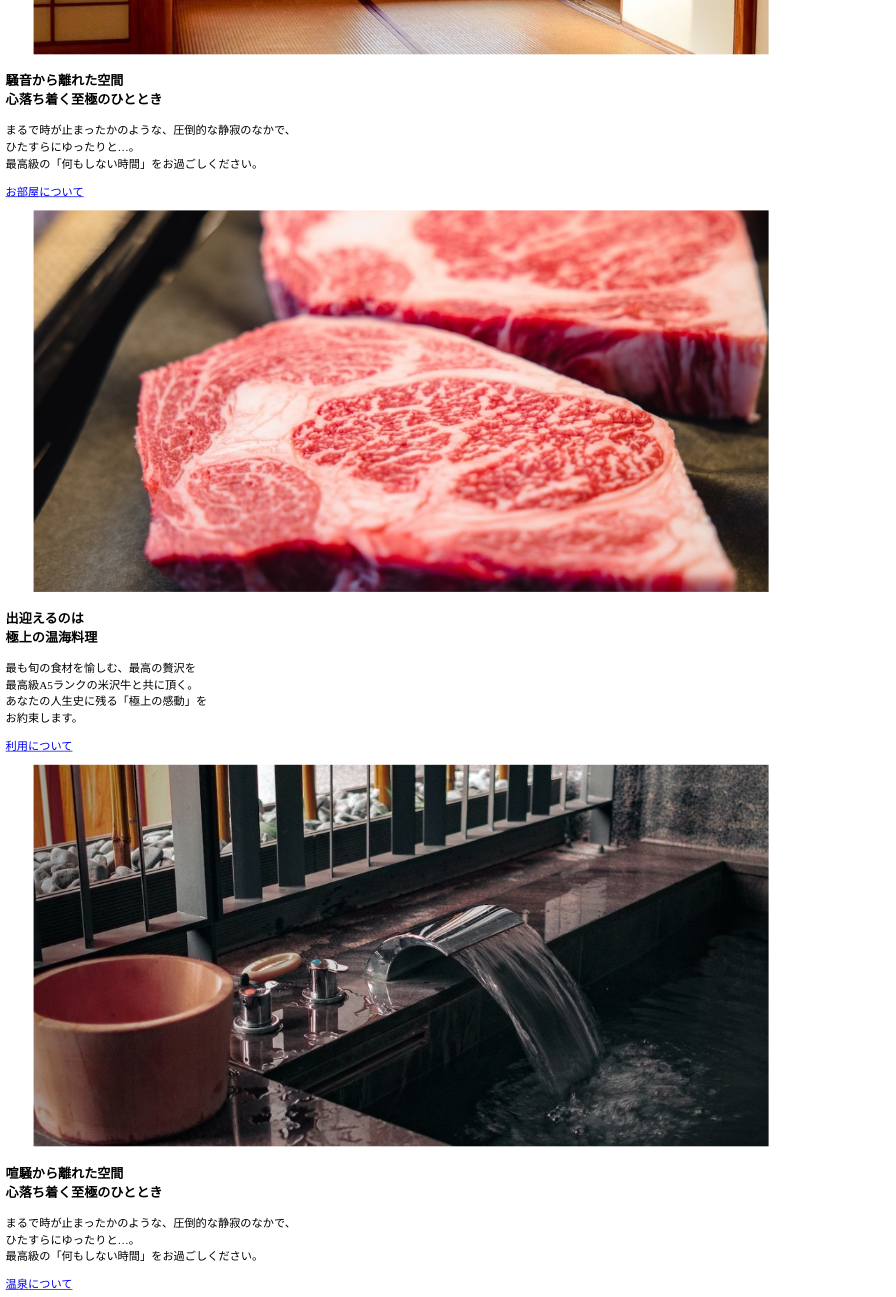
Repository: yuukiyokoyama/compex1
Page: index.html
These files come from the project's save history. The page is drawn as it stood at one moment and after the next save; the edit follows.
The browser window is 1280 px wide. The pictures show the part of the page from y = 1492 to 3412 px (the page is 3345 px tall before and 3412 px after), at 70% of full size.

Above is the page before, as saved 2021-09-17 00:21:38.

### index.html
<!DOCTYPE html>
<html lang="ja">
  <head>
    <meta charset="UTF-8" />
    <meta http-equiv="X-UA-Compatible" content="IE=edge" />
    <meta name="viewport" content="width=device-width, initial-scale=1.0" />
    <title>Document</title>
  </head>
  <body data-aos-easing="ease" data-aos-duration="400" data-aos-delay="0">
    <div id="fv">
      <div class="fv__img" style="background-image: url(images/mainbg01.jpg)"></div>
      <div class="fv__img" style="background-image: url(images/mainbg02.jpg)"></div>
      <div class="fv__img" style="background-image: url(images/mainbg03.jpg)"></div>

      <header>
        <div class="header__inner">
          <div class="header__inner--left">
            <h1 class="header_site-title">
              <a href="#">石井花壇</a>
            </h1>
            <div class="header__menu">
              <nav>
                <ul class="header__list">
                  <li class="header__list-item">
                    <a href="room.html">お部屋</a>
                  </li>
                  <li class="header__list-item">
                    <a href="cuisine.html">お料理</a>
                  </li>
                  <li class="header__list-item">
                    <a href="hot-spring.html">温泉</a>
                  </li>
                </ul>
              </nav>
            </div>
            <!-- header__menu -->
          </div>
          <!-- header__inner--left -->
          <div class="header__inner--right">
            <button class="header__reservation">宿泊予約</button>
            <button class="burger_btn">
              <span class="bars">
                <span class="bar bar_top"></span>
                <span class="bar baar_mid"></span>
                <span class="bar bar_bottom"></span>
              </span>
            </button>
          </div>
          <!-- header__inner--right -->
          <!-- モーダルエリアここから -->
          <section id="modalArea" class="modalArea">
            <div id="modalBg" class="modalBg"></div>
            <div class="modalWrapper">
              <form class="modalContents">
                <h2 class="modalAria__title">宿泊予約</h2>
                <dl class="form__body">
                  <dt>
                    <label for="name">お名前</label>
                  </dt>
                  <dd class="form_text">
                    <input type="text" name="name" id="name" placeholder="例：石井正悟" />
                  </dd>
                </dl>
                <dl class="form__body">
                  <dt><label for="mail-address"></label> メールアドレス</dt>
                  <dd class="form_text">
                    <input
                      type="text"
                      name="mail-address"
                      id="mail-address"
                      placeholder="例：Example@example.com"
                    />
                  </dd>
                </dl>
                <dl class="form__body">
                  <dt>
                    <label for="desired-plan"
                      >ご希望プラン（空いているプランのみ表示されます）</label
                    >
                  </dt>
                  <dd class="form__text">
                    <select name="desired-plan" id="desired-plan">
                      <option value="hidden">プランを選択してください</option>
                      <option value="limited-time">
                        【期間限定】海辺の四季旬彩、贅沢美味懐石プラン
                      </option>
                      <option value="weekday-plan">平日に優雅に楽しむ、特別宿泊プラン</option>
                      <option value="family-plan">
                        絶景貸切露天と個室会席を満喫できるファミリープラン
                      </option>
                    </select>
                  </dd>
                </dl>
                <dl class="form__body">
                  <dt><label for="date-select">日時選択</label></dt>
                  <dd class="form__text">
                    <input
                      type="text"
                      class="flatpickr flatpickr-input"
                      placeholder="日時を選択してください"
                      readonly="readonly"
                    />
                  </dd>
                </dl>
                <input type="submit" class="form__submit-btn" value="送信する" />
                <div id="closeModal" class="closeModal">×</div>
              </form>
            </div>
          </section>
        </div>
        <!-- header__inner -->
      </header>
      <div class="copy">頑張る人の<br />頑張らない時間</div>
    </div>
    <!-- fv -->
    <main>
      <article>
        <section class="preface">
          <div class="section__wrapper">
            <div
              class="preface__body aos-init aos-animate"
              data-aos="fade-up"
              data-aos-duration="2000"
            >
              <h2 class="preface_title">
                温海温泉の<br />
                美しさに癒されて<br />
              </h2>
              <p class="preface_text">
                東北の奥座敷である温海温泉泉卿<br />
                開湯は約1300年前とされ、役小角が<br />
                発見したと伝えられます
              </p>
              <p class="preface__text">
                石井花壇は江戸より続く由緒ある旅館で<br />
                クラシックな作りの中に大正ロマンあふれる<br />
                内装を残しております
              </p>
              <p class="preface_text">
                圧倒的癒しの空間で<br />
                頑張る現代人に<br />
                頑張らない圧倒的な非日常をご提供します
              </p>
              <p class="preface__name">石井花壇</p>
            </div>
            <!-- preface__body -->
          </div>
        </section>
        <section class="contents">
          <div class="contents__box">
            <figure
              class="contents__img-wrapper aos-init aos-animate"
              data-aos="fade-up"
              data-aos-duration="2000"
            >
              <img src="images/oheya-top.jpg" alt="お部屋" />
            </figure>
            <div
              class="contents__body aos-init aos-animate"
              data-aos="fade-up"
              data-aos-duration="2000"
            >
              <h3 class="contents__title">
                騒音から離れた空間<br />
                心落ち着く至極のひととき
              </h3>
              <p class="contents_text">
                まるで時が止まったかのような、圧倒的な静寂のなかで、<br />
                ひたすらにゆったりと…。<br />
                最高級の「何もしない時間」をお過ごしください。
              </p>
              <a class="coontents__btn" href="room.html">お部屋について</a>
            </div>
            <!-- contents__body -->
          </div>
          <!-- contents__box -->
          <div class="contents__box contents--reverse">
            <figure
              class="contents__img-wrapper--reverse aos-init aos-animate"
              data-aos="fade-up"
              data-duration="2000"
            >
              <img src="images/menu-top.jpg" alt="料理について" />
            </figure>
            <div
              class="contents__body contents__body--reveerse aos-init aos-animate"
              data-aos="fade-up"
              data-aos-duration="2000"
            >
              <h3 class="contents__title">
                出迎えるのは<br />
                極上の温海料理
              </h3>
              <p class="contents__text">
                最も旬の食材を愉しむ、最高の贅沢を<br />
                最高級A5ランクの米沢牛と共に頂く。<br />
                あなたの人生史に残る「極上の感動」を<br />
                お約束します。
              </p>
              <a href="cuisine.html" class="contents__btn">利用について</a>
            </div>
            <!-- contents__body contents__body--reverse -->
          </div>
          <!-- contents__box contents--reverse -->
          <div class="contents__box">
            <figure
              class="contents__img-wrapper aos-init"
              data-aos="fade-up"
              data-aos-duration="2000"
            >
              <img src="onsen-top.jpg" alt="お部屋について" />
            </figure>
            <div
              class="contents__body aos-init aos-animation"
              data-aos="fade-up"
              data-aos-duration="2000"
            >
              <h3 class="content__title">
                喧騒から離れた空間<br />
                心落ち着く至極のひととき
              </h3>
              <p class="content__text">
                まるで時が止まったかのような、圧倒的な静寂のなかで、<br />
                ひたすらにゆったりと…。<br />
                最高級の「何もしない時間」をお過ごしください。
              </p>
              <a href="hot-spring.html" class="contents__btn">温泉について</a>
            </div>
            <!-- contents__body-->
          </div>
          <!-- contents__box -->
        </section>
        <section class="lodging-plan"></section>
        <section class="news"></section>
        <section class="access"></section>
      </article>
    </main>
  </body>
</html>

After the next save:
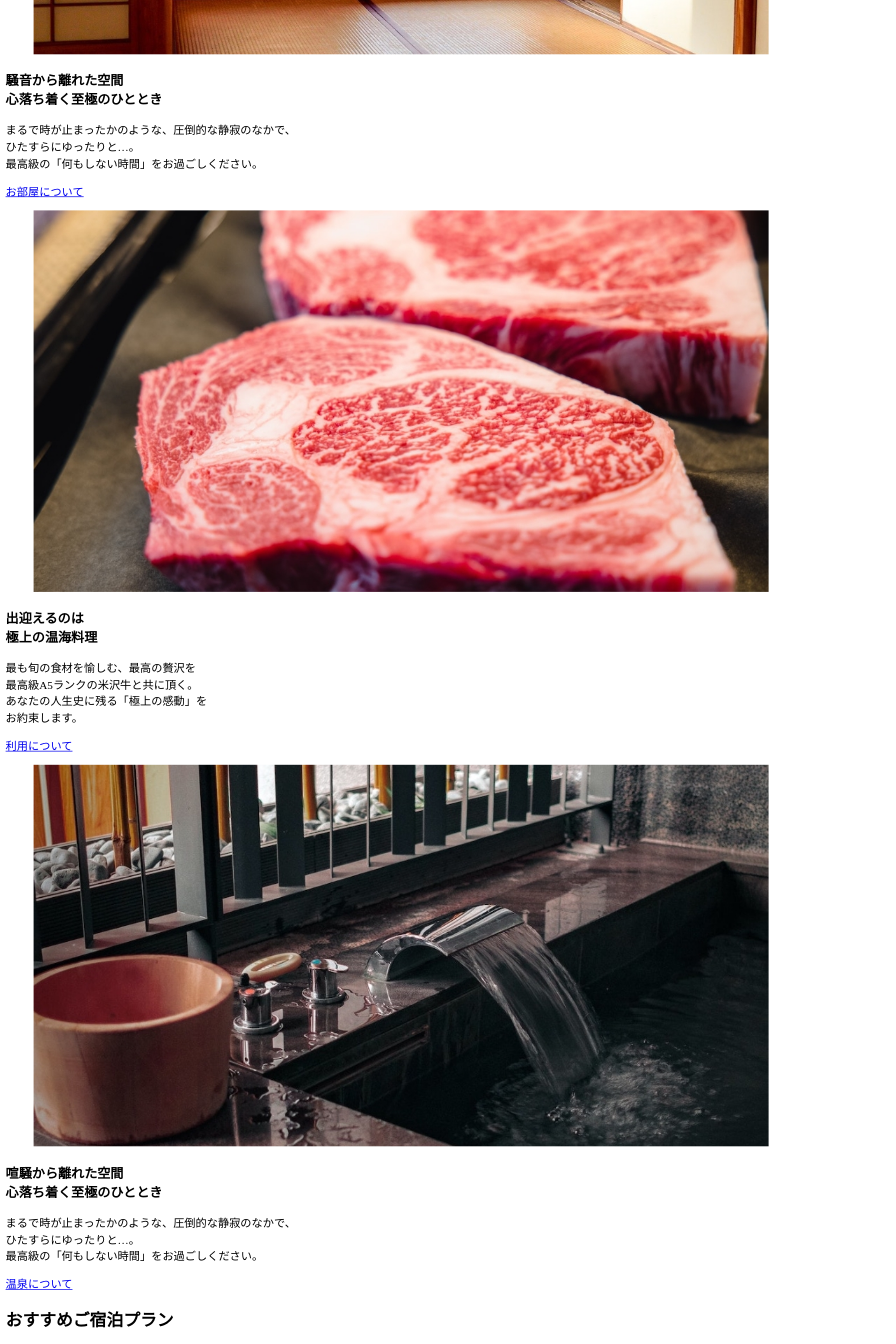
Saved 16 min 3 s later.
--- a/index.html
+++ b/index.html
@@ -230,7 +230,19 @@
           </div>
           <!-- contents__box -->
         </section>
-        <section class="lodging-plan"></section>
+        <section class="lodging-plan">
+          <div class="section__wrapper">
+            <h2 class="section__title">おすすめご宿泊プラン</h2>
+            <div class="lodging-plan__plans lodging-plan--col3">
+              <div class="lodging-plans_item"></div>
+              <!-- lodging-plans_item -->
+              <div class="lodging-plans_item"></div>
+              <!-- lodging-plans_item -->
+              <div class="lodging-plans_item"></div>
+              <!-- lodging-plans_item -->
+            </div>
+          </div>
+        </section>
         <section class="news"></section>
         <section class="access"></section>
       </article>
